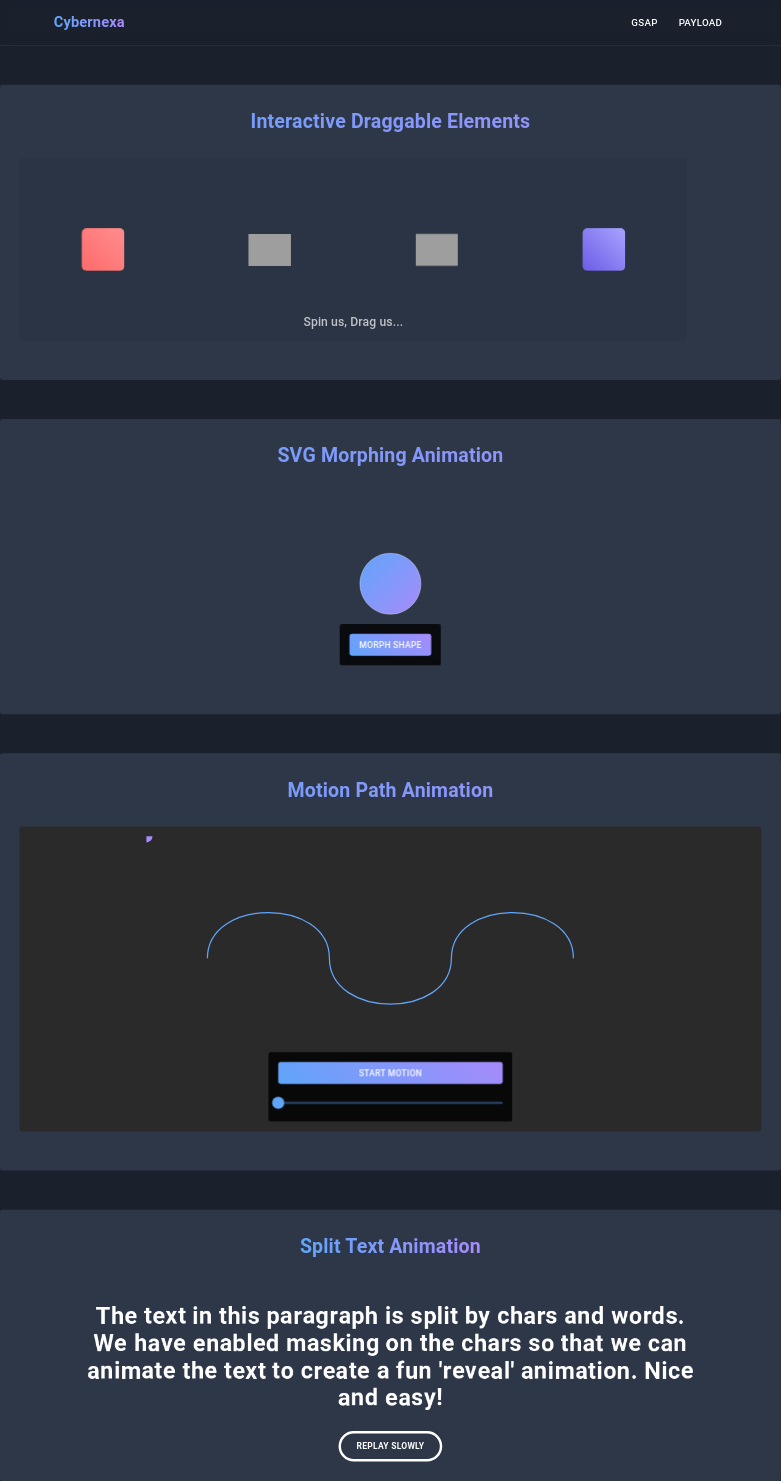
Repository: KovacsViktor/payloadcms-gsap-poc
Page: /gsap/demo
These files come from the project's save history. The page is drawn as it stood at one moment and after a run of saves; the edit follows.
The browser window is 1280 px wide. The pictures show the whole page, at 61% of full size.
Pictures or frames that could not be fetched are drawn as grey boxes. The project was rebuilt for these pictures with package versions that can differ from the ones it lists, and the page was loaded fresh each time. The framework's server and built-in components were replaced by stand-ins that run in the browser. Also part of the build but not shown: next.config.mjs, src/app/(frontend)/styles.css.

Above is the page before, as saved 2025-05-19 22:19:00.

After the next 5 saves:
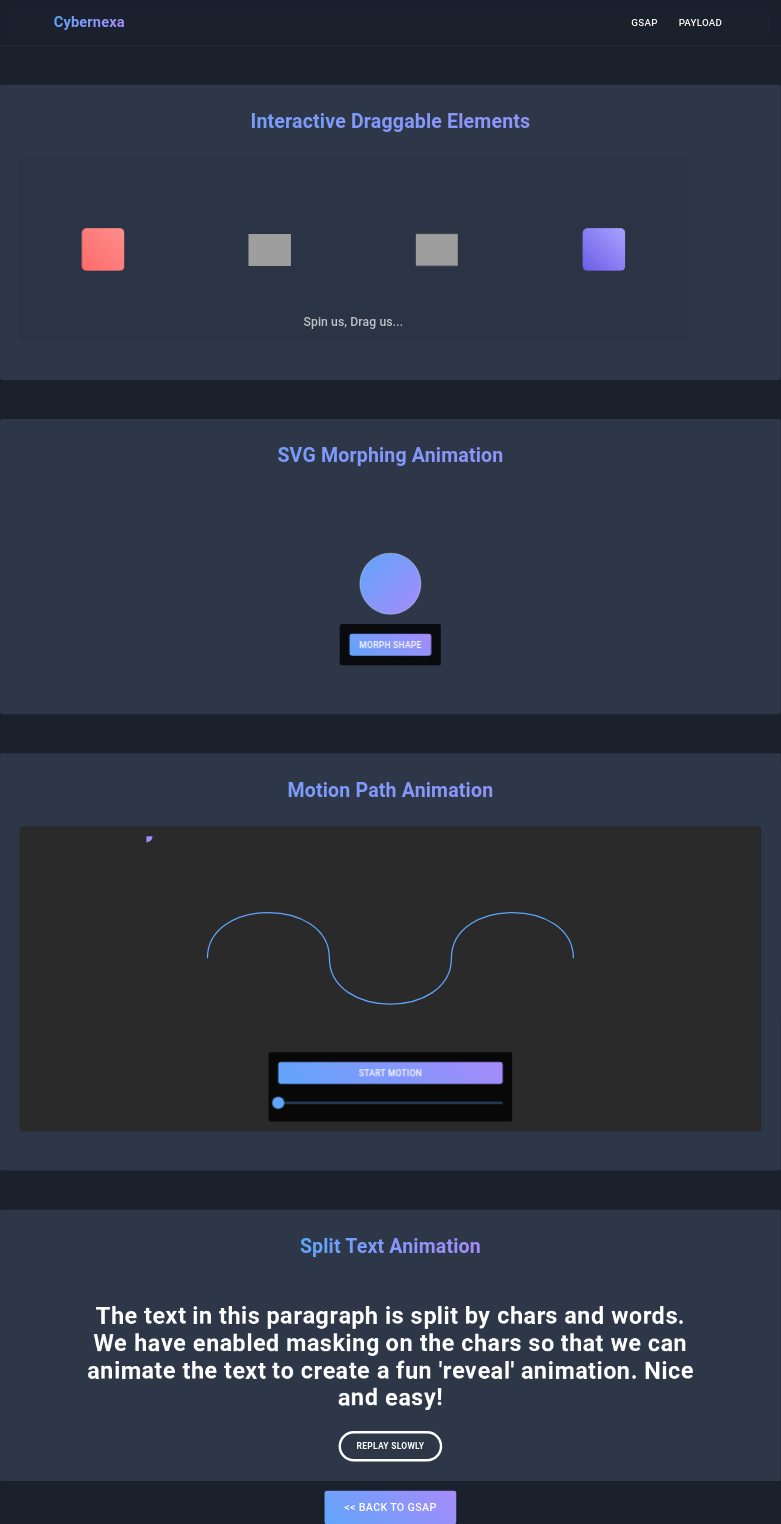
The 5 saves are shown as one change because 1 did not build or start and some came seconds apart.
The last was saved 35 s later.
--- a/src/app/(frontend)/gsap/demo/GSAPSplitText.tsx
+++ b/src/app/(frontend)/gsap/demo/GSAPSplitText.tsx
@@ -11,7 +11,7 @@ import {
   TypographyProps,
   Button,
 } from '@mui/material';
-
+import NextLink from 'next/link';
 gsap.registerPlugin(useGSAP, SplitText);
 
 const PlaygroundBox = styled(Box)(({ theme }) => ({
@@ -128,6 +128,7 @@ export default function GSAPSplitTextDemo() {
   });
 
   return (
+    <>
     <PlaygroundBox ref={containerRef}>
       <StyledTitle component="h2">
         Split Text Animation
@@ -146,5 +147,13 @@ export default function GSAPSplitTextDemo() {
         Replay Slowly
       </ReplayButton>
     </PlaygroundBox>
+    <Box sx={{ display: 'flex', justifyContent: 'center', mt: 2 }}>
+    <NextLink href="/gsap/scroll">
+      <StyledButton variant="contained">
+        {'<<'} Back to GSAP
+      </StyledButton>
+    </NextLink>
+  </Box>
+  </>
   );
 }
